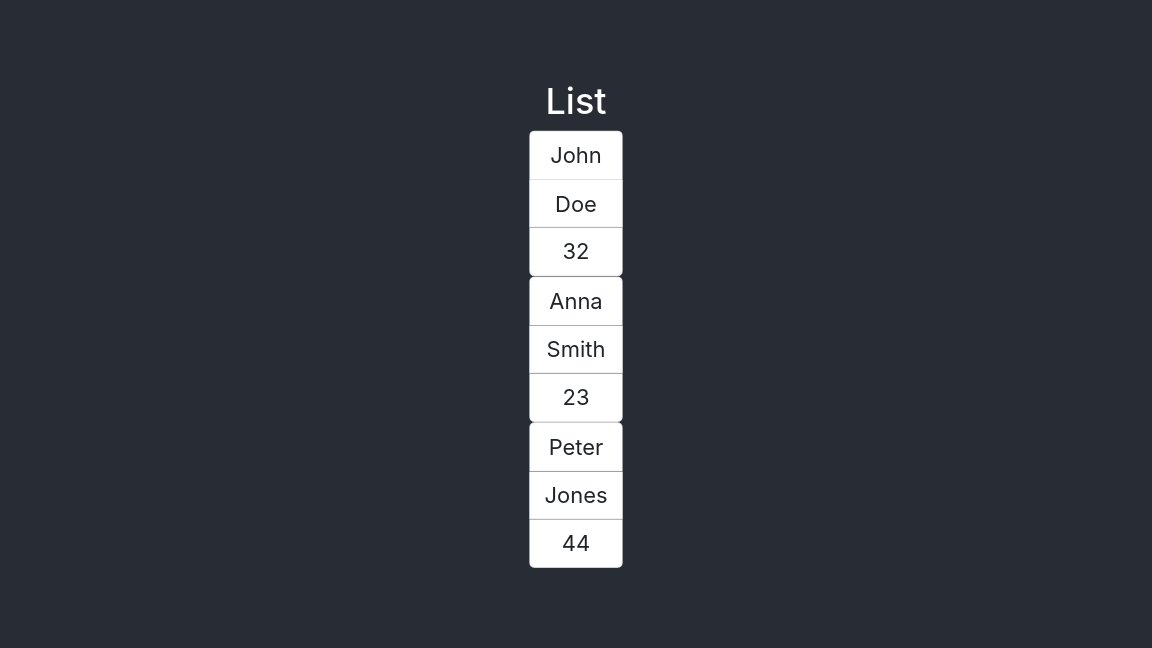
Repository: JasonMorta/ExamplesWithReact
Page: / (app in examples/)
These files come from the project's save history. The page is drawn as it stood at one moment and after the next save; the edit follows.
The browser window is 1280 px wide. The pictures show the whole page, at 90% of full size.
The project was rebuilt for these pictures with package versions that can differ from the ones it lists, and the page was loaded fresh each time.

Above is the page before, as saved 2022-10-03 19:43:07.

After the next save:
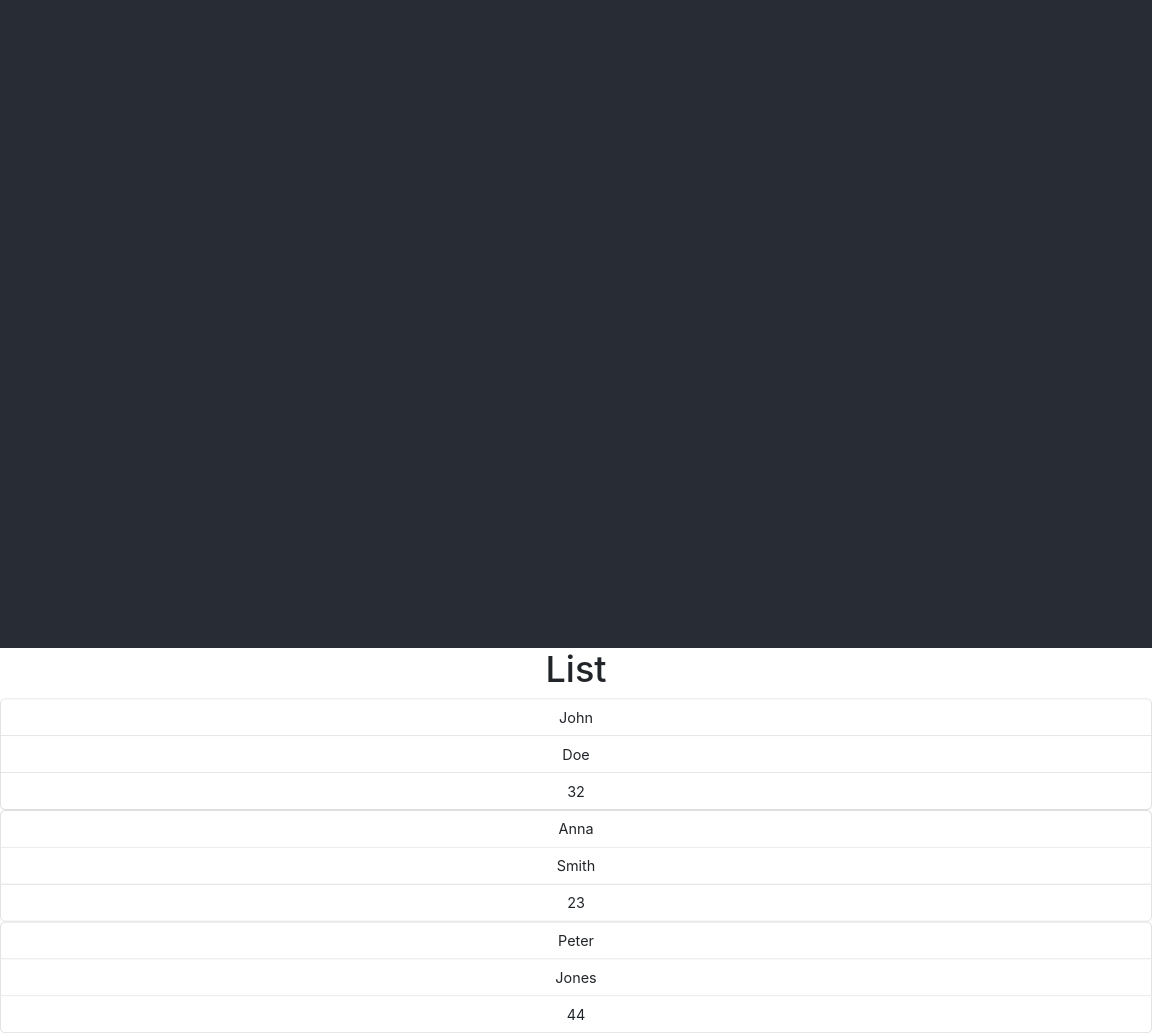
Saved 2 min 48 s later.
--- a/examples/src/App.js
+++ b/examples/src/App.js
@@ -10,8 +10,9 @@
   return (
     <div className="App">
       <header className="App-header">
+
+      </header>
       <Instance />
-      </header>
     </div>
   );
 }

After the save that followed:
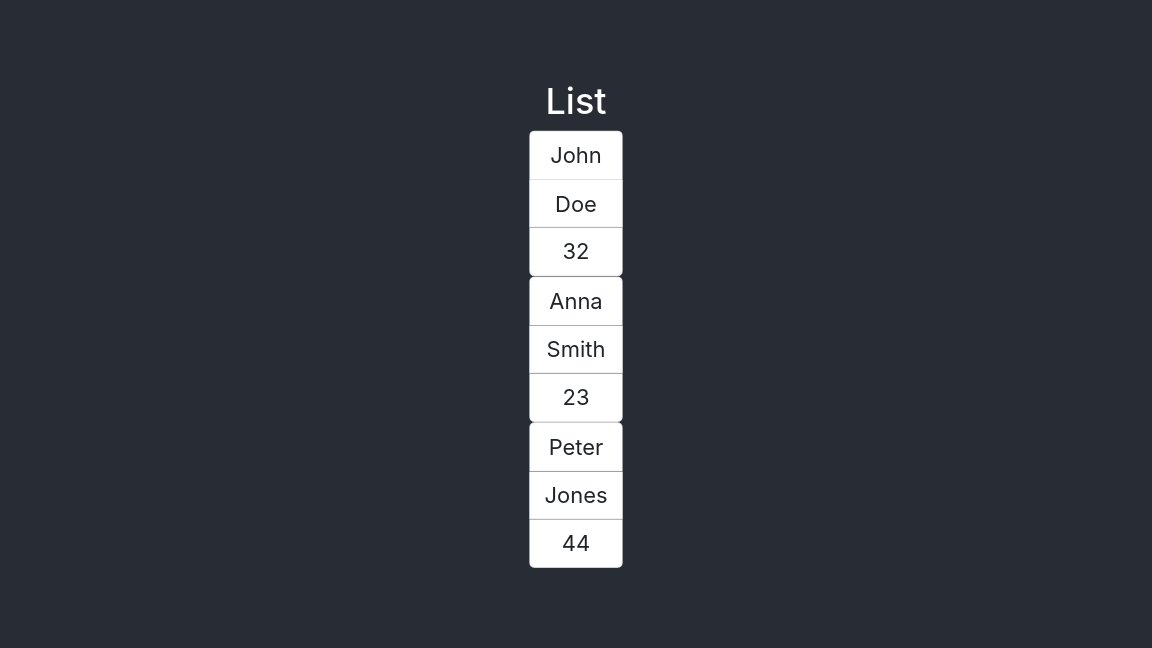
Saved 5 s later.
--- a/examples/src/App.js
+++ b/examples/src/App.js
@@ -10,9 +10,8 @@
   return (
     <div className="App">
       <header className="App-header">
-
+      <Instance />
       </header>
-      <Instance />
     </div>
   );
 }
